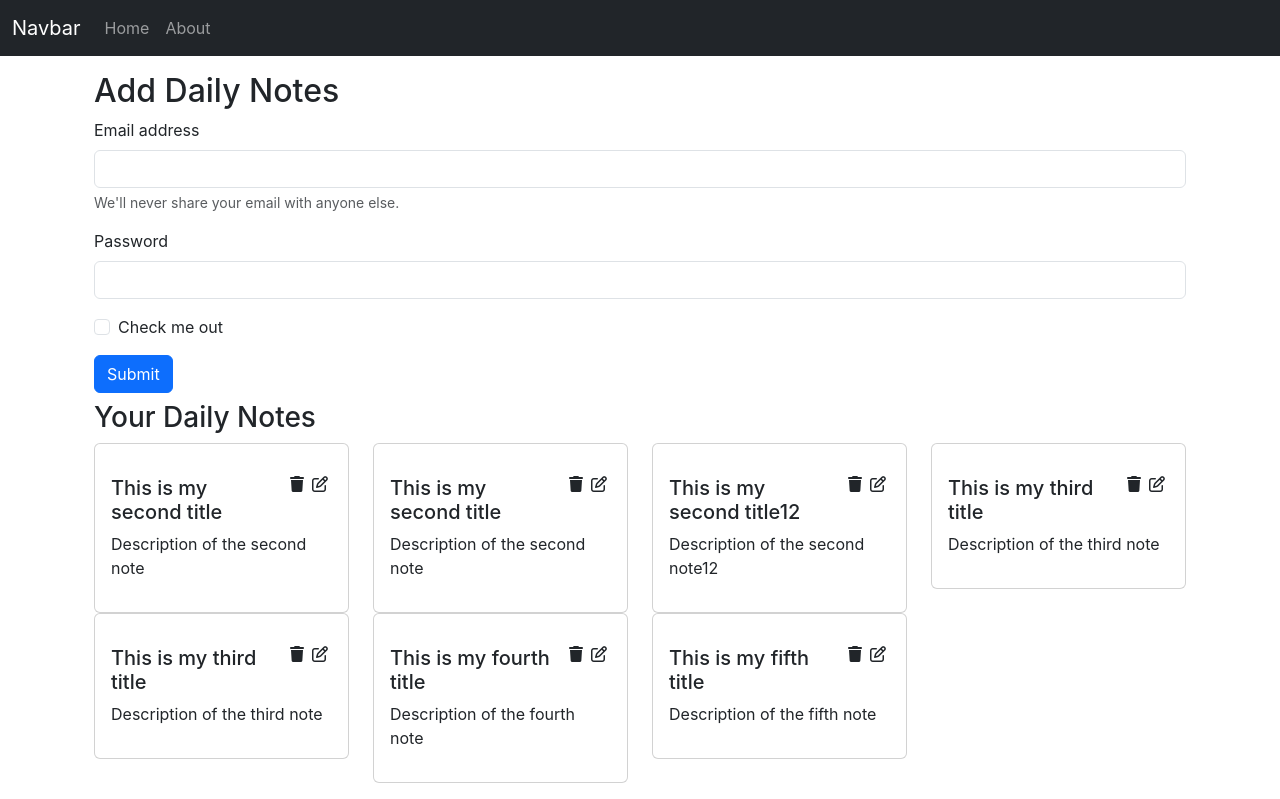
Repository: alphacode77/DailyNotes-react
Page: /
An editor plug-in stored every save of this project. The page is shown before and after the next save, followed by the edit.
The browser window is 1280 px wide. The pictures show the whole page.
Some web libraries are served in a nearby version. The project was rebuilt for these pictures with package versions that can differ from the ones it lists, and the page was loaded fresh each time. Also part of the build but not shown: src/components/About.js.

Above is the page before, as saved 2023-02-25 22:36:41.

After the next save:
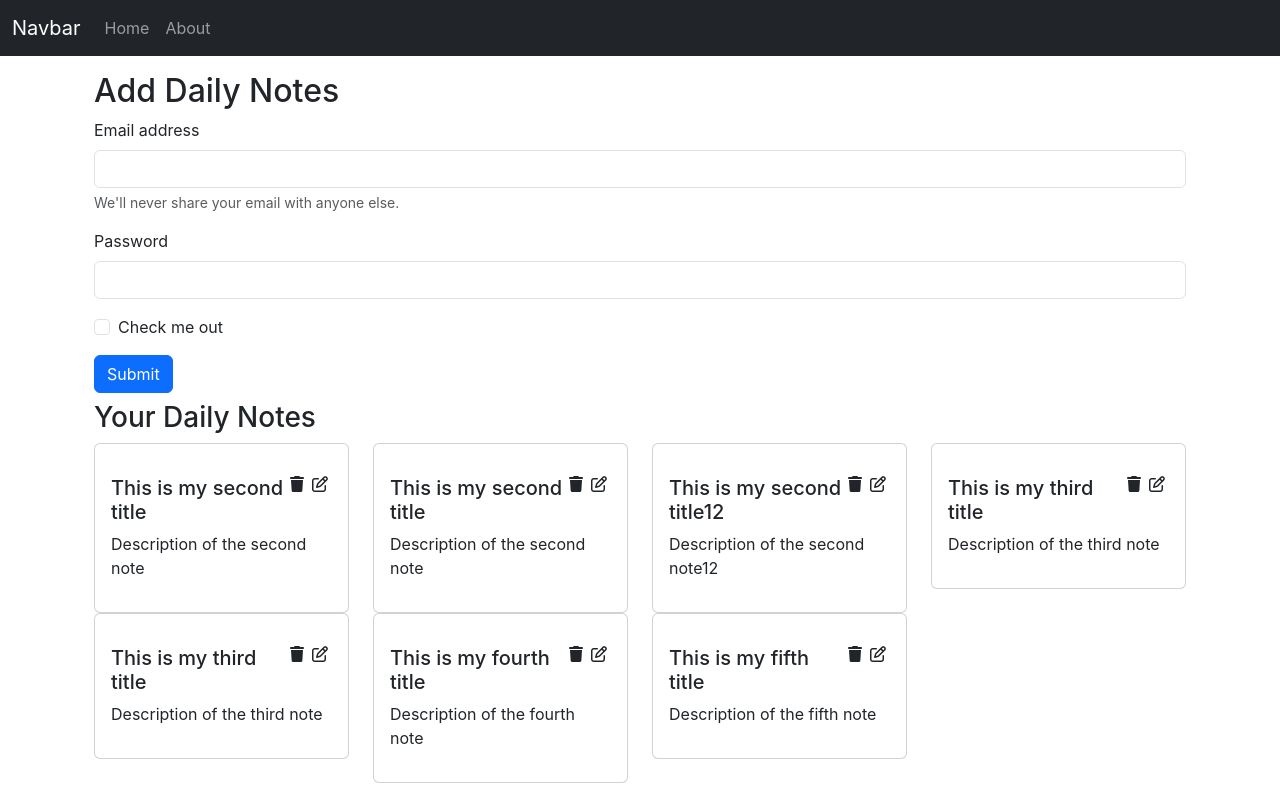
Saved 25 s later.
--- a/src/App.css
+++ b/src/App.css
@@ -38,6 +38,3 @@
 }
 
 /* custome style */
-.card-title{
-  margin-right: 3px;
-}
